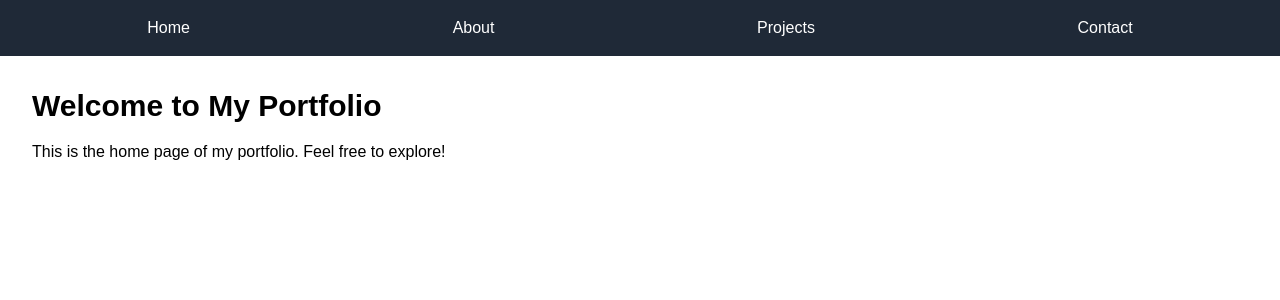
Repository: feyroozecode/feyroozecode.github.io
Page: index.html
The author's editor kept a copy of each file at every save. The page is drawn from the files as they stood at one save, then again after a run of saves.
The browser window is 1280 px wide. The pictures show the whole page.
Some web libraries are served in a nearby version.

Above is the page before, as saved 2023-11-30 21:27:03.

### index.html
<!DOCTYPE html>
<html lang="en">
<head>
  <meta charset="UTF-8">
  <meta name="viewport" content="width=device-width, initial-scale=1.0">
  <title>Portfolio SPA</title>
  <link rel="stylesheet" href="https://cdn.jsdelivr.net/npm/tailwindcss@2.2.19/dist/tailwind.min.css">
  <style>
    body {
      font-family: 'Arial', sans-serif;
      margin: 0;
      padding: 0;
    }

    header {
      background-color: #333;
    }

    nav {
      display: flex;
      justify-content: space-around;
      padding: 1rem;
    }

    nav a {
      color: white;
      text-decoration: none;
    }

    main {
      padding: 2rem;
    }
  </style>
     <script src="https://cdn.tailwindcss.com"></script>
</head>
</head>
<body>

    <!-- sidebar-->
<header class="text-white">
  <nav class="bg-gray-800">
    <a href="#" onclick="navigateTo('home')">Home</a>
    <a href="#" onclick="navigateTo('about')">About</a>
    <a href="#" onclick="navigateTo('projects')">Projects</a>
    <a href="#" onclick="navigateTo('contact')">Contact</a>
  </nav>
</header>

<main id="app">
  <!-- Content will be dynamically updated here -->
</main>

<script>
  function navigateTo(page) {
    switch (page) {
      case 'home':
        renderHome();
        break;
      case 'about':
        renderAbout();
        break;
      case 'projects':
        renderProjects();
        break;
      case 'contact':
        renderContact();
        break;
      default:
        renderHome();
    }
  }

  function renderHome() {
    document.getElementById('app').innerHTML = `
      <h2 class="text-3xl font-bold mb-4">Welcome to My Portfolio</h2>
      <p>This is the home page of my portfolio. Feel free to explore!</p>
    `;
  }

  function renderAbout() {
    document.getElementById('app').innerHTML = `
      <h2 class="text-3xl font-bold mb-4">About Me</h2>
      <p>This is the about me section of my portfolio. Learn more about who I am and my skills.</p>
    `;
  }

  function renderProjects() {
    document.getElementById('app').innerHTML = `
      <h2 class="text-3xl font-bold mb-4">My Projects</h2>
      <p>Explore the projects I have worked on in this section.</p>
    `;
  }

  function renderContact() {
    document.getElementById('app').innerHTML = `
      <h2 class="text-3xl font-bold mb-4">Contact Me</h2>
      <p>Feel free to contact me through the provided information.</p>
    `;
  }

  // Initial load
  navigateTo('home');
</script>

</body>
</html>

After the next 5 saves:
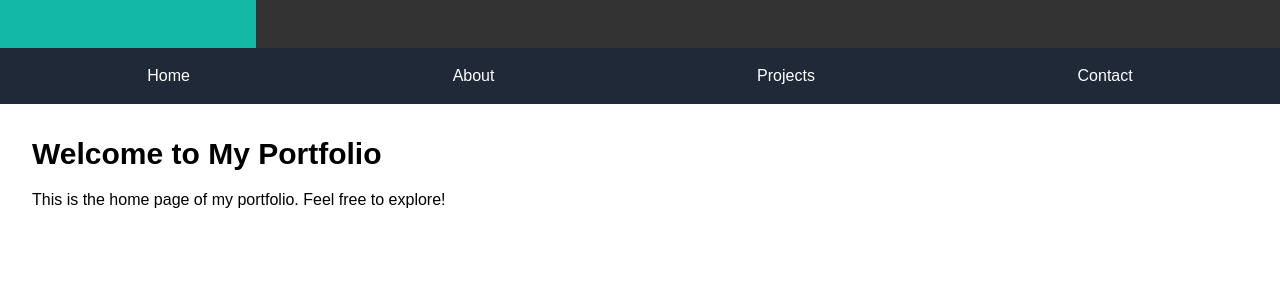
The 5 saves are shown as one change because they came seconds apart.
The last was saved 17 s later.
--- a/index.html
+++ b/index.html
@@ -38,12 +38,13 @@
 
     <!-- sidebar-->
 <header class="text-white">
+    <aside class="bg-teal-500 w-64 p-6"></aside>
   <nav class="bg-gray-800">
-    <a href="#" onclick="navigateTo('home')">Home</a>
-    <a href="#" onclick="navigateTo('about')">About</a>
-    <a href="#" onclick="navigateTo('projects')">Projects</a>
-    <a href="#" onclick="navigateTo('contact')">Contact</a>
-  </nav>
+        <a href="#" onclick="navigateTo('home')">Home</a>
+        <a href="#" onclick="navigateTo('about')">About</a>
+        <a href="#" onclick="navigateTo('projects')">Projects</a>
+        <a href="#" onclick="navigateTo('contact')">Contact</a>
+    </nav>
 </header>
 
 <main id="app">
